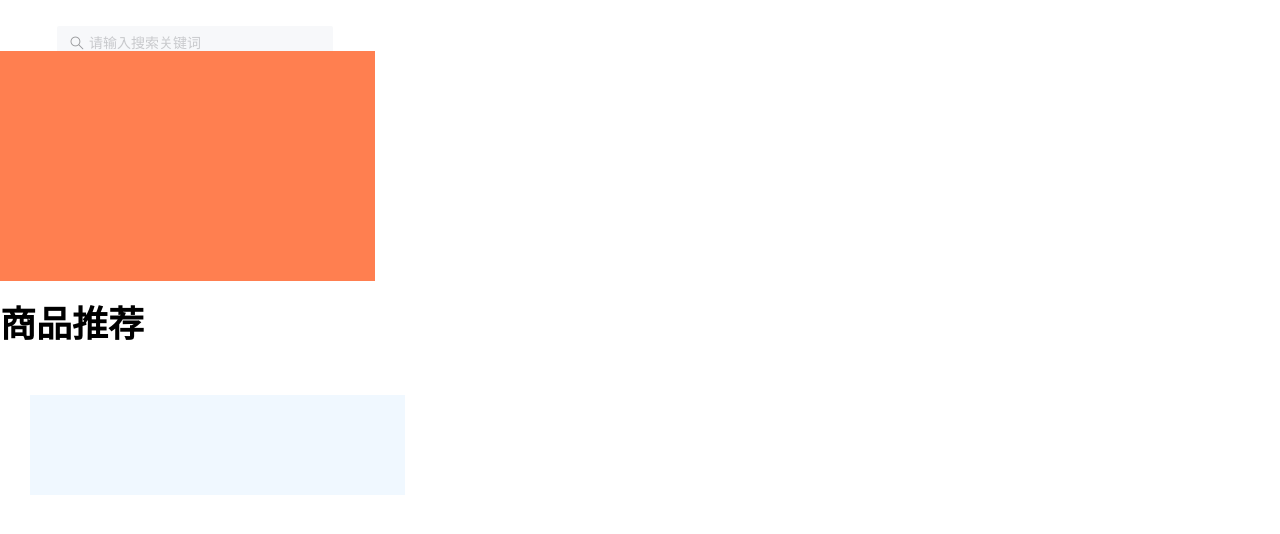
Repository: liyang777777/shangcheng
Page: /
An editor plug-in stored every save of this project. The page is shown before and after the next save, followed by the edit.
The browser window is 1280 px wide. The pictures show the whole page.
The page's requests for data from a server got no answer. The project was rebuilt for these pictures with package versions that can differ from the ones it lists, and the page was loaded fresh each time. No one was signed in, and anything a server would have sent is missing. Also part of the build but not shown: vue.config.js. Imported but missing from the stored project, and not drawn on this page: src/views/About.

Above is the page before, as saved 2020-06-24 15:10:01.

After the next save:
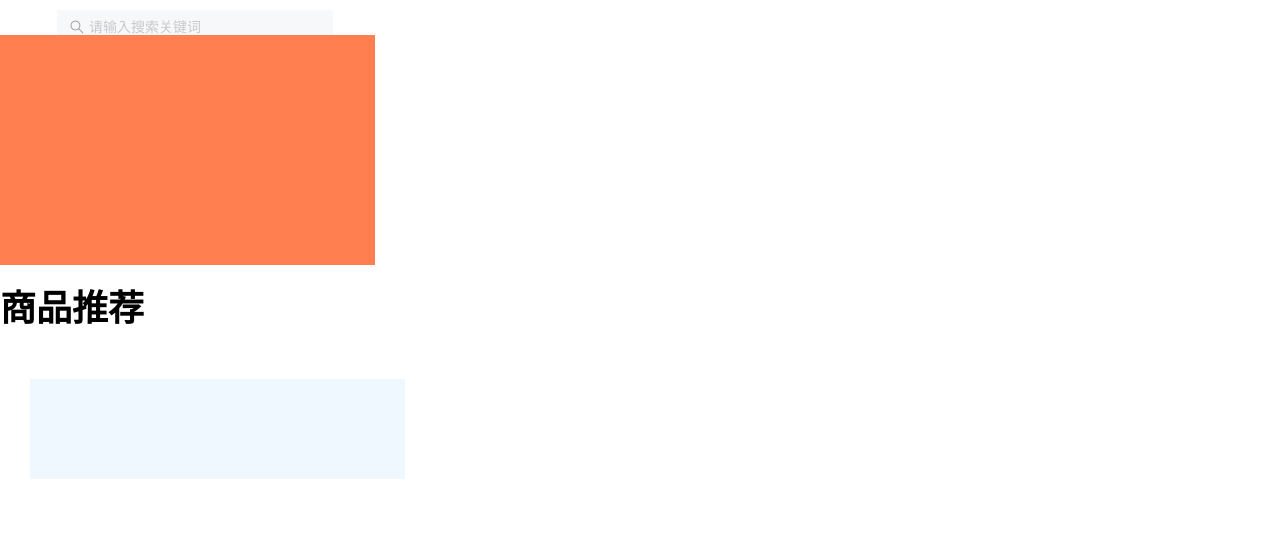
Saved 3 min 3 s later.
--- a/src/views/Home.vue
+++ b/src/views/Home.vue
@@ -1,8 +1,6 @@
 <template>
   <div class="All">
-    <van-pull-refresh v-model="isLoading" @refresh="onRefresh">
-  <p>{{ count }}</p>
-</van-pull-refresh>
+
     <div>
       <Nav></Nav>
     </div>
@@ -40,7 +38,7 @@ import Snacks from "../components/Snacks";
 import Fruits from "../components/Fruits";
 import Dap from "../components/Dap";
 import Hgo from "../components/Hgo";
-import { Toast } from 'vant';
+
 
 export default {
   name: "",
@@ -62,13 +60,7 @@ export default {
     };
   },
   methods: {
-      onRefresh() {
-      setTimeout(() => {
-        Toast('刷新成功');
-        this.isLoading = false;
-        this.count++;
-      }, 1000);
-    },
+
   },
   mounted() {
     this.$api
